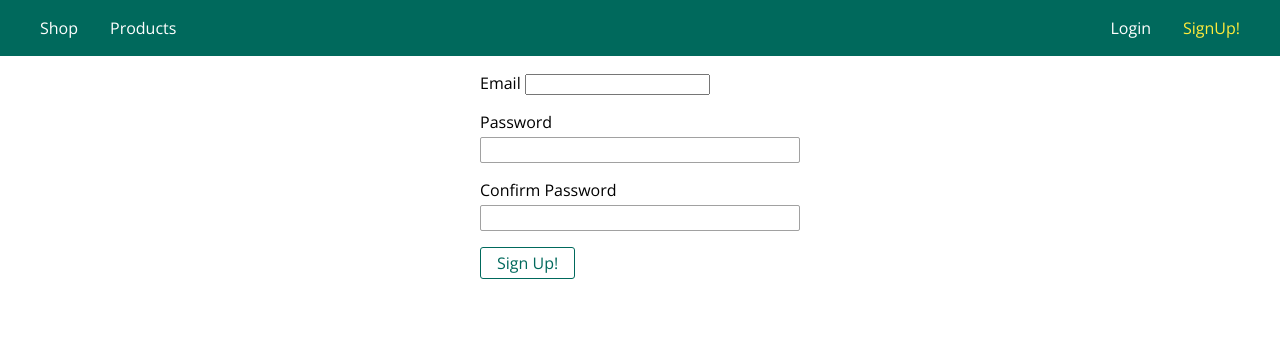
Repository: petref/RASPCODES
Page: http://localhost/signup
An editor plug-in stored every save of this project. The page is shown before and after the next save, followed by the edit.
The browser window is 1280 px wide. The pictures show the whole page.
The page is served by the project's Node server (app.js).

Above is the page before, as saved 2020-01-15 01:36:01.

After the next save:
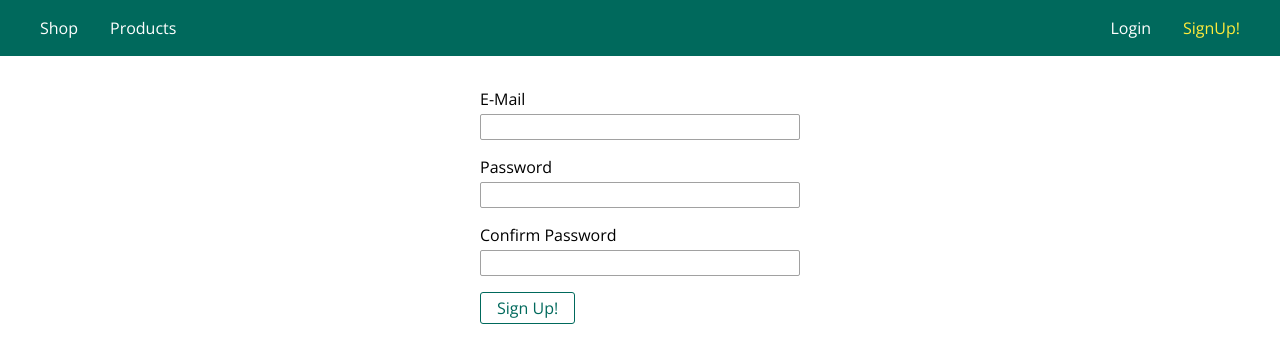
Saved 2 min 45 s later.
--- a/shopNode/views/auth/signup.ejs
+++ b/shopNode/views/auth/signup.ejs
@@ -8,9 +8,9 @@
         <%- include('../includes/navigation.ejs') %>
             <main>
                 <form class="login-form" action='/login' method='post'>
-                    <div сlass="form-control">
-                        <label for='email'>Email</label>
-                        <input type='email' name='email' id='email'>
+                    <div class="form-control">
+                        <label for="email">E-Mail</label>
+                        <input type="email" name="email" id="email">
                     </div>
                     <div class="form-control">
                         <label for="password">Password</label>
